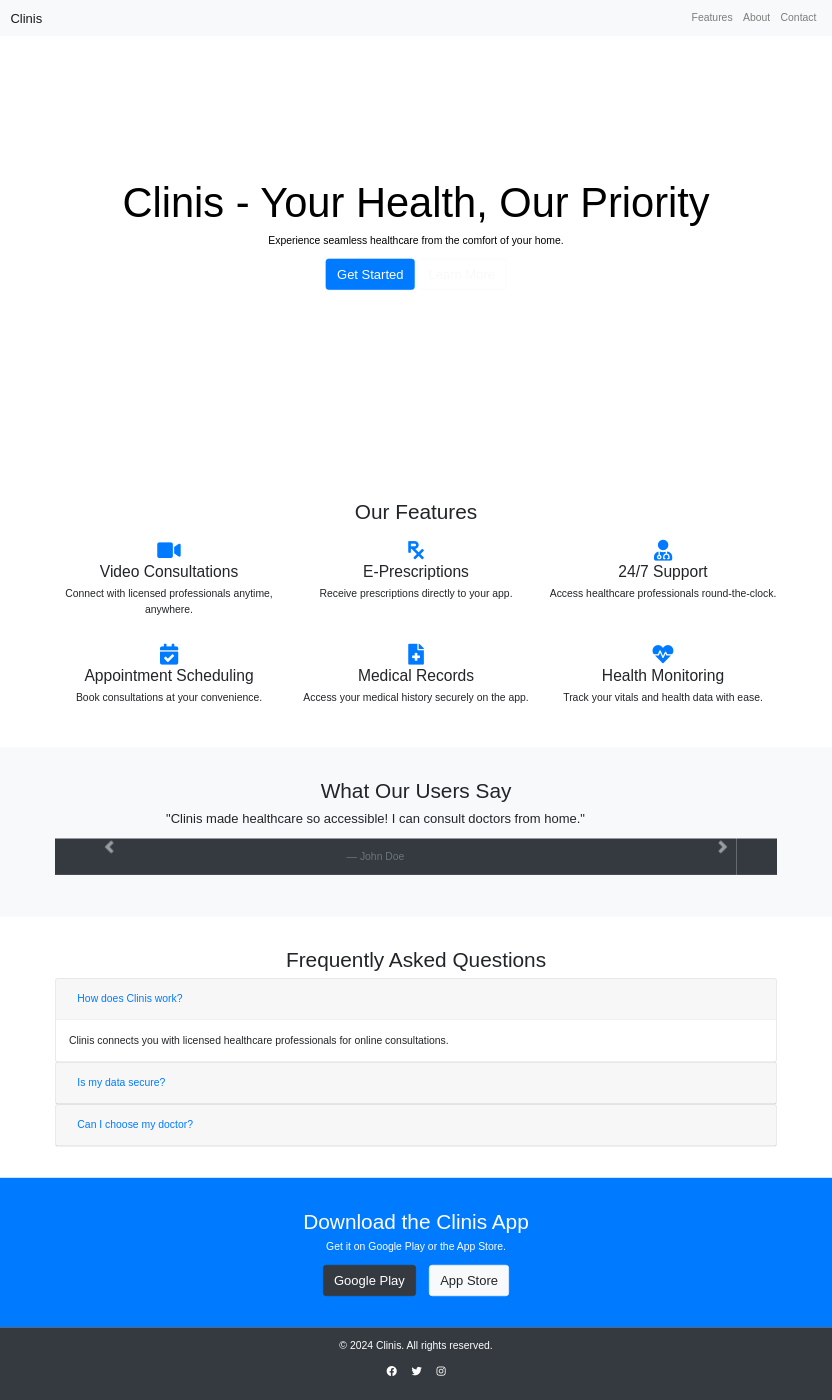
Repository: Rupak09/demo1
Page: index.html
These files come from the project's save history. The page is drawn as it stood at one moment and after the next save; the edit follows.
The browser window is 1280 px wide. The pictures show the whole page, at 65% of full size.

Above is the page before, as saved 2024-12-28 14:47:15.

After the next save:
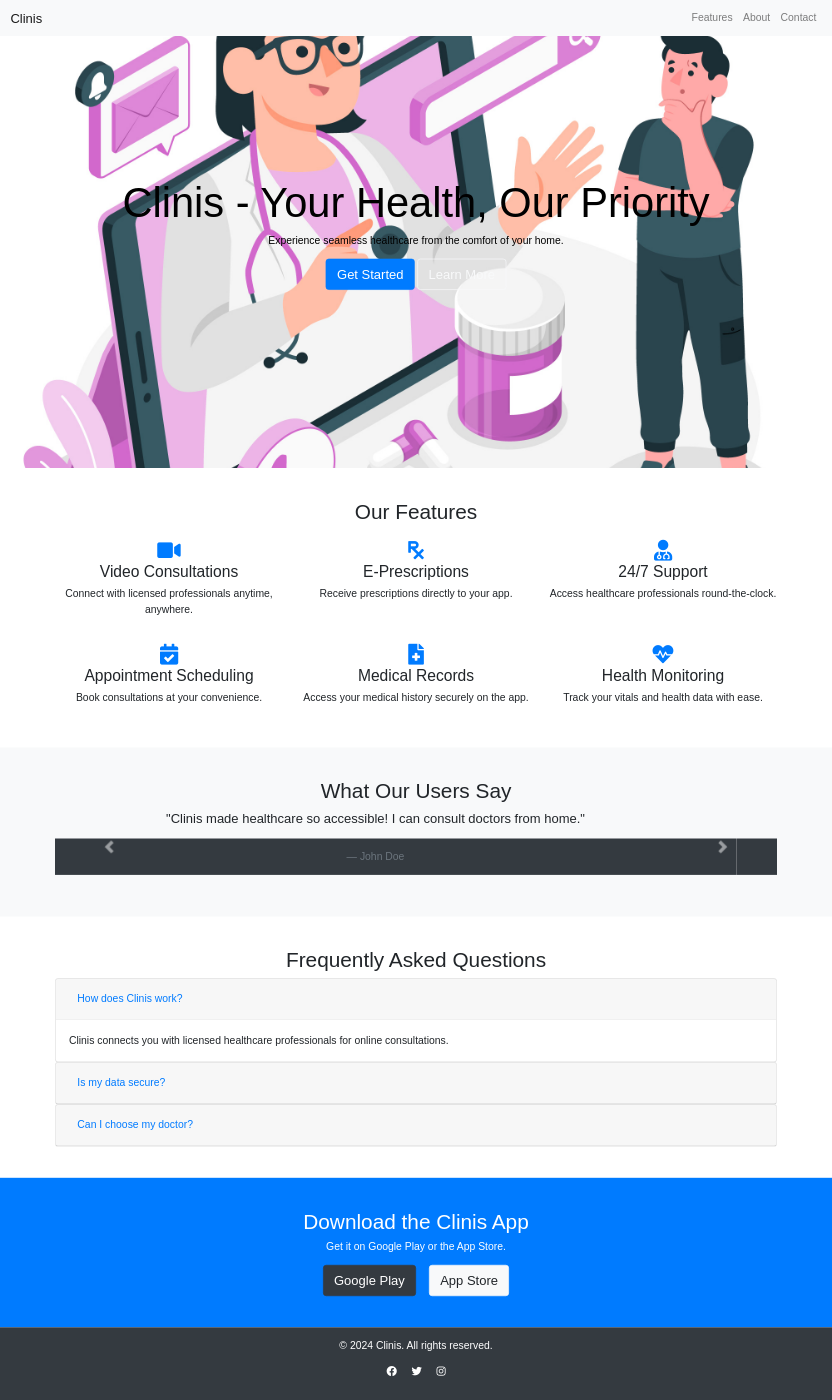
Saved 30 s later.
--- a/index.html
+++ b/index.html
@@ -17,7 +17,7 @@
             font-family: Arial, sans-serif;
         }
         #hero {
-            background: url('') no-repeat center center/cover;
+            background: url('mockup.jpg') no-repeat center center/cover;
             color: black;
             height: 100vh;
             display: flex;
